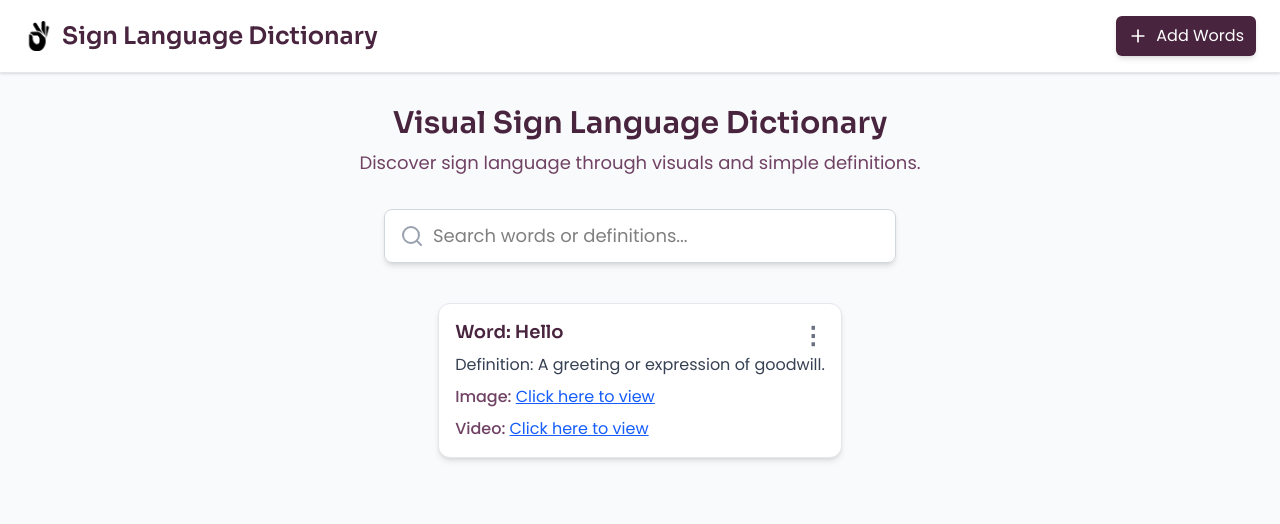
Repository: jabir12-12/sign-setu
Page: /
These files come from the project's save history. The page is drawn as it stood at one moment and after the next save; the edit follows.
The browser window is 1280 px wide. The pictures show the whole page.
The project was rebuilt for these pictures with package versions that can differ from the ones it lists, and the page was loaded fresh each time. The framework's server and built-in components were replaced by stand-ins that run in the browser. Also part of the build but not shown: next.config.ts.

Above is the page before, as saved 2025-05-27 17:29:21.

After the next save:
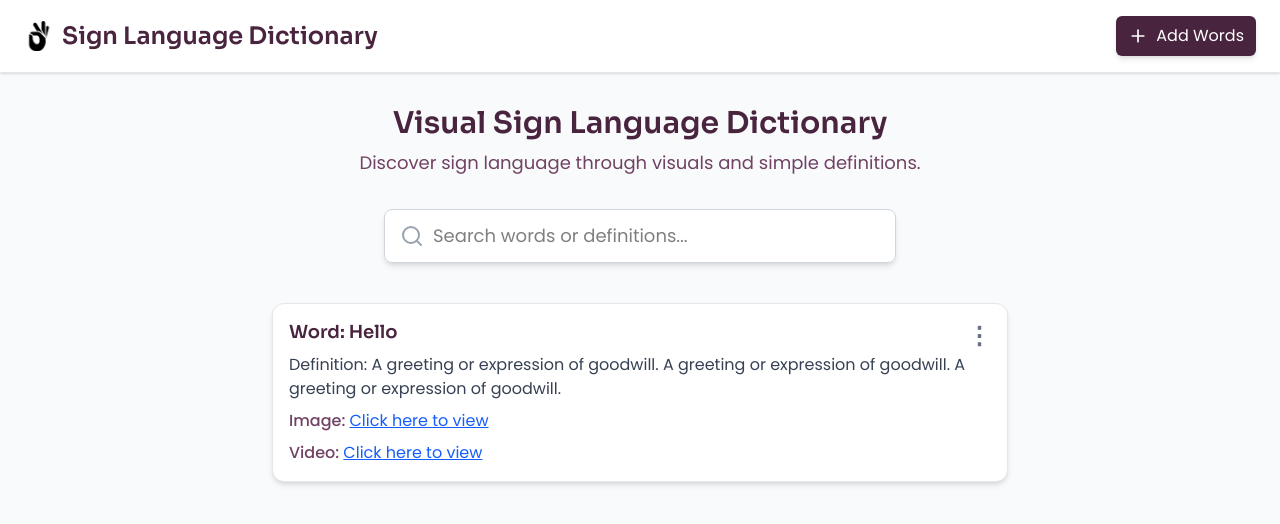
Saved 51 s later.
--- a/app/page.tsx
+++ b/app/page.tsx
@@ -63,7 +63,7 @@ export default function StockDashboard() {
         </div>
 
         {/* Display Section */}
-        <div className="mt-10 px-4 max-w-3xl mx-auto space-y-6">
+        <div className="mt-10 px-4 max-w-3xl mx-auto space-y-6 flex flex-wrap justify-center gap-6">
           {/* Example card */}
           <div className="relative bg-white rounded-xl shadow-md p-4 border border-gray-200 hover:shadow-lg transition duration-200">
             {/* 3 Dots Menu */}
@@ -72,7 +72,10 @@ export default function StockDashboard() {
             </div>
 
             <h3 className="text-xl font-semibold text-[#49243E] mb-2">Word: Hello</h3>
-            <p className="text-gray-700 mb-2">Definition: A greeting or expression of goodwill.</p>
+            <p className="text-gray-700 mb-2">Definition: A greeting or expression of goodwill.
+              A greeting or expression of goodwill.
+              A greeting or expression of goodwill.
+            </p>
 
             <div className="mb-2">
               <span className="font-medium text-[#704264]">Image: </span>
